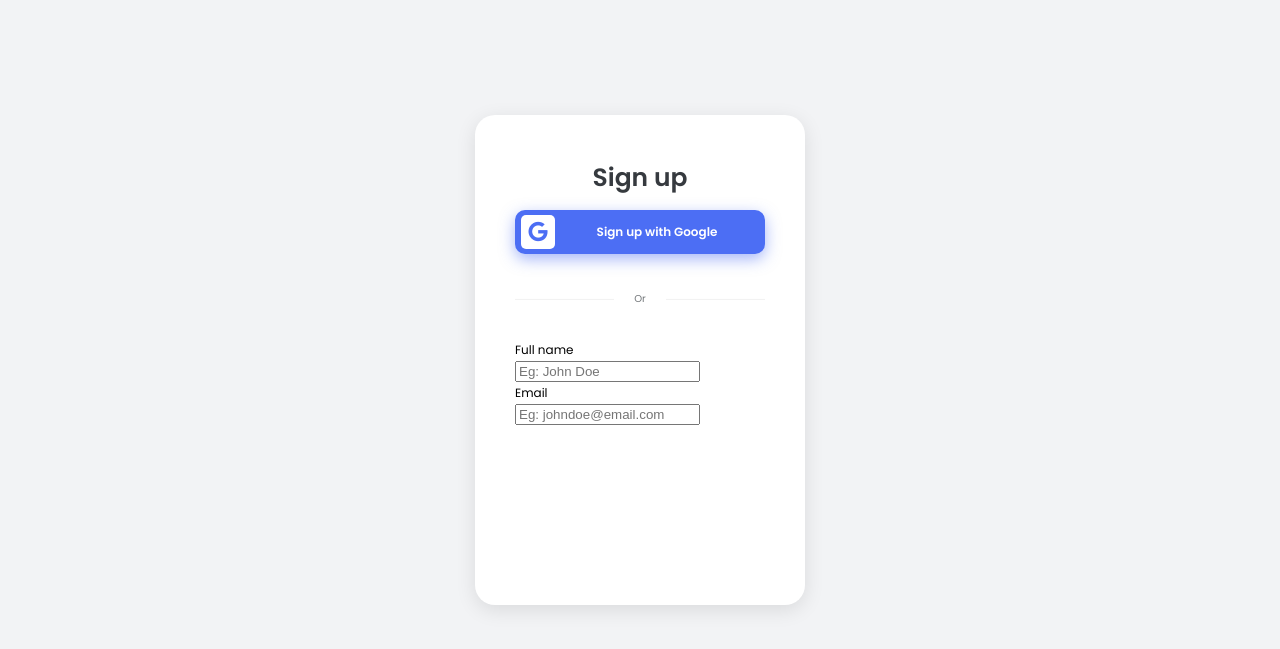
Repository: TranMinhMan040702/practice_html-css
Page: form-login/index.html
An editor plug-in stored every save of this project. The page is shown before and after the next save, followed by the edit.
The browser window is 1280 px wide. The pictures show the whole page.
Some web libraries are served in a nearby version.

Above is the page before, as saved 2022-08-24 13:32:17.

After the next save:
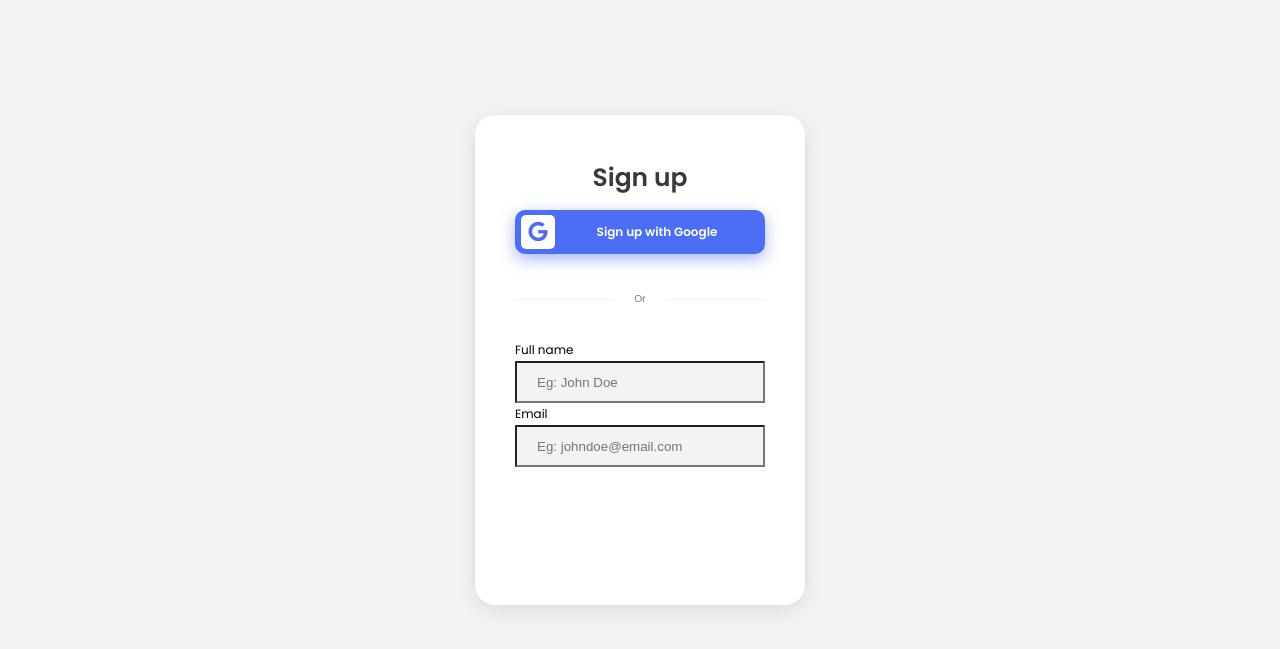
Saved 57 s later.
--- a/form-login/main.css
+++ b/form-login/main.css
@@ -105,5 +105,8 @@ body {
 }
 
 .signup-input {
-
+    width: 100%;
+    height: 42px;
+    padding: 10px 20px;
+    background-color: #f2f3f5;
 }
